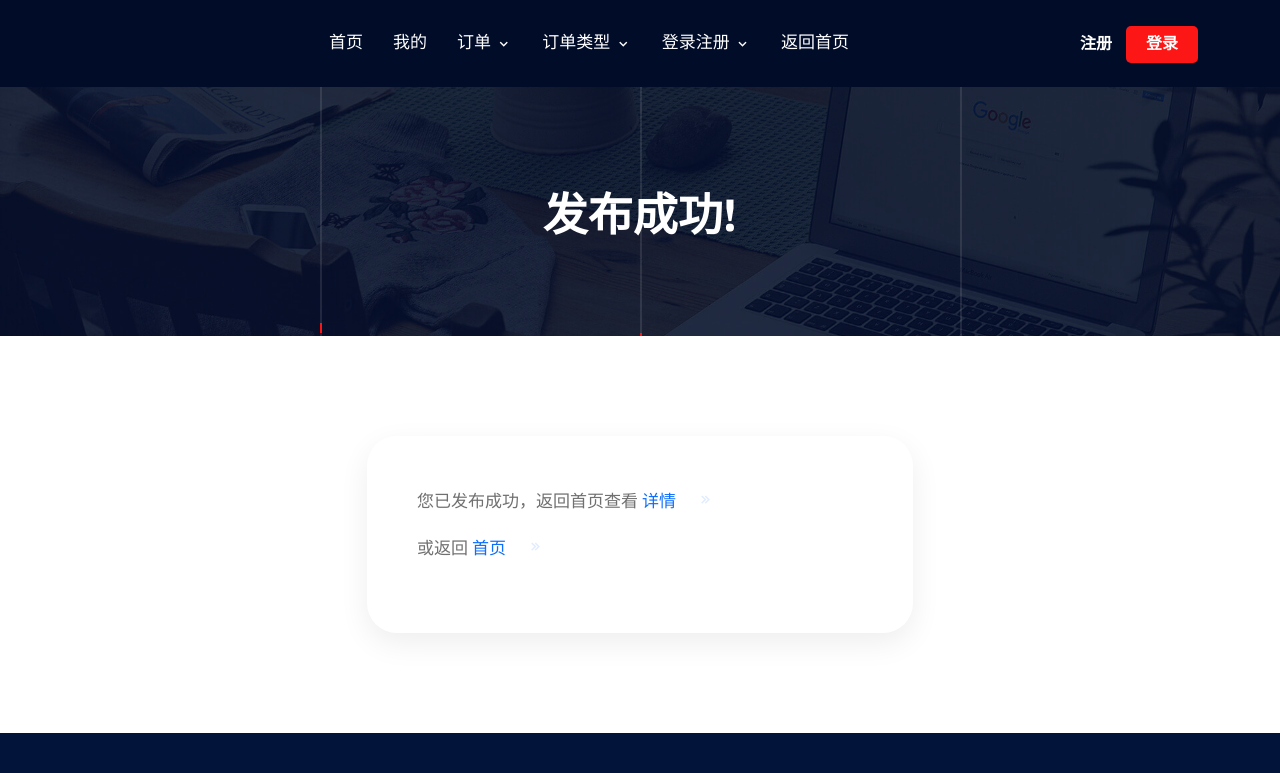
Repository: Aliceonly/Co-DecentralizedApplication
Page: html/create_succ.html
These files come from the project's save history. The page is drawn as it stood at one moment and after a run of saves; the edit follows.
The browser window is 1280 px wide. The pictures show the whole page.

Above is the page before, as saved 2022-04-27 19:14:02.

### html/create_succ.html
<!doctype html>
<html lang="zxx">

<head>

    <meta charset="utf-8">
    <meta name="viewport" content="width=device-width, initial-scale=1, shrink-to-fit=no">

    <link rel="stylesheet" href="../static/css/bootstrap.min.css">

    <link rel="stylesheet" href="../static/css/owl.carousel.min.css">

    <link rel="stylesheet" href="../static/css/owl.theme.default.min.css">

    <link rel="stylesheet" href="../static/css/boxicon.min.css">

    <link rel="stylesheet" href="../static/css/flaticon.css">

    <link rel="stylesheet" href="../static/css/magnific-popup.css">

    <link rel="stylesheet" href="../static/css/meanmenu.css">

    <link rel="stylesheet" href="../static/css/nice-select.css">

    <link rel="stylesheet" href="../static/css/style.css">

    <link rel="stylesheet" href="../static/css/responsive.css">

    <title>Jovie - Job Board & Portal HTML Template</title>

</head>

<body>

    <div class="loader-content">
        <div class="d-table">
            <div class="d-table-cell">
                <div class="sk-circle">
                    <div class="sk-circle1 sk-child"></div>
                    <div class="sk-circle2 sk-child"></div>
                    <div class="sk-circle3 sk-child"></div>
                    <div class="sk-circle4 sk-child"></div>
                    <div class="sk-circle5 sk-child"></div>
                    <div class="sk-circle6 sk-child"></div>
                    <div class="sk-circle7 sk-child"></div>
                    <div class="sk-circle8 sk-child"></div>
                    <div class="sk-circle9 sk-child"></div>
                    <div class="sk-circle10 sk-child"></div>
                    <div class="sk-circle11 sk-child"></div>
                    <div class="sk-circle12 sk-child"></div>
                </div>
            </div>
        </div>
    </div>


    <div class="navbar-area">

        <div class="mobile-nav">
            <a href="/" class="logo">
                <!-- <img src="static/picture/logo.png" alt="logo"> -->
            </a>
        </div>


        <div class="main-nav">
            <div class="container">
            <nav class="navbar navbar-expand-lg navbar-light">
            <a class="navbar-brand" href="/">
            <!-- <img src="static/picture/logo.png" alt="logo"> -->
            </a>
            <div class="collapse navbar-collapse mean-menu" id="navbarSupportedContent">
            <ul    class="navbar-nav m-auto">
                <!-- style="position: relative;left: -430px;"  -->
                <!-- 标记！！！！！！！！！！！！！！！！！！！！！！！！！！！ -->

            <li class="nav-item">
            <!-- <a href="#" class="nav-link dropdown-toggle active">Home</a> -->
            <li class="nav-item">
                <a href="/" class="nav-link">首页</a>
            </li>
            <li class="nav-item">
                <a href="personal_detail" class="nav-link">我的</a>
            </li>


            <li class="nav-item">
            <a href="#" class="nav-link dropdown-toggle">订单</a>
            <ul class="dropdown-menu">
            <li class="nav-item">
            <a href="/" class="nav-link">查看订单</a>
            </li>
            <li class="nav-item">
            <a href="post_job" class="nav-link">发布订单</a>
            </li>
            <li class="nav-item">
                <a href="all_order" class="nav-link">个人订单</a>
            </li>
            </ul>
            </li>
            <li class="nav-item">
            <a href="#" class="nav-link dropdown-toggle">订单类型</a>
            <ul class="dropdown-menu">
            <li class="nav-item">
            <a href="detail_campus" class="nav-link">校园兼职</a>
            </li>
            <li class="nav-item">
            <a href="detail_qukuilySend" class="nav-link">校园跑腿</a>
            </li>
            <li class="nav-item">
            <a href="detail_shared" class="nav-link">共享服务</a>
            </li>
            </ul>
            </li>

            <li class="nav-item">
            <a href="#" class="nav-link dropdown-toggle">登录注册</a>
            <ul class="dropdown-menu">
            <li class="nav-item">
            <a href="sign_in" class="nav-link">登录</a>
            </li>
            <li class="nav-item">
            <a href="sign_up" class="nav-link">注册</a>
            </li>
            <li class="nav-item">
            <!-- <a href="blog-details.html" class="nav-link">Blog Details</a> -->
            </li>
            </ul>
            </li>


            <li class="nav-item">
            <a href="/" class="nav-link">返回首页</a>
            </li>
            <!-- <li class="nav-item"> -->
            <!-- <a href="contact.html" class="nav-link">Contact Us</a> -->
            <!-- </li> -->
            </ul>


            <div class="other-option">
            <a href="sign_up" class="signup-btn">注册</a>
            <a href="sign_in" class="signin-btn">登录</a>
            </div>
            </div>
            </nav>
            </div>
            </div>
            </div>

    <section style="padding-bottom: 30px;" class="page-title title-bg12">
        <div style="position: relative;top: -50px;" class="d-table">
            <div class="d-table-cell">
                <h2>发布成功!</h2>
            </div>
        </div>
        <div   class="lines">
            <div class="line"></div>
            <div class="line"></div>
            <div class="line"></div>
        </div>
    </section>


    <div class="signin-section ptb-100">
        <div class="container">
            <div class="row">
                <div class="col-lg-6 col-md-8 offset-md-2 offset-lg-3">
                    <form action="#" method="POST" class="signin-form">
                        <div class="form-group">
                            <p>您已发布成功，返回首页查看
                                <a href="/">
                                    详情
                                    <i class='bx bx-chevrons-right bx-fade-right'></i>
                                </a>
                               </p>
                               <p>
                                或返回
                                <a href="/">
                                    首页
                                    <i class='bx bx-chevrons-right bx-fade-right'></i>
                                </a>
                               </p>

                        </div>

                    </form>
                </div>
            </div>
        </div>
    </div>




    <div class="copyright-text text-center">
        <!-- <p>Copyright &copy; 2022.Company name All rights reserved.<a target="_blank" href="https://sc.chinaz.com/moban/">&#x7F51;&#x9875;&#x6A21;&#x677F;</a></p> -->
    </div>


    <div class="top-btn">
        <i class='bx bx-chevrons-up bx-fade-up'></i>
    </div>


    <script data-cfasync="false" src="../static/js/email-decode.min.js"></script>
    <script src="../static/js/jquery.min.js"></script>
    <script src="../static/js/bootstrap.bundle.min.js"></script>

    <script src="../static/js/owl.carousel.min.js"></script>

    <script src="../static/js/jquery.nice-select.min.js"></script>

    <script src="../static/js/jquery.magnific-popup.min.js"></script>

    <script src="../static/js/jquery.ajaxchimp.min.js"></script>

    <script src="../static/js/form-validator.min.js"></script>

    <script src="../static/js/contact-form-script.js"></script>

    <script src="../static/js/meanmenu.js"></script>

    <script src="../static/js/custom.js"></script>
</body>

</html>

### static/css/flaticon.css
@font-face{font-family:flaticon;src:url(../font/Flaticon.eot);src:url(../font/Flaticon.eot) format("embedded-opentype"),url(../font/Flaticon.woff2) format("woff2"),url(../font/Flaticon.woff) format("woff"),url(https://templates.hibootstrap.com/jovie/default/assets/fonts/flaticon/Flaticon.ttf) format("truetype"),url(https://templates.hibootstrap.com/jovie/default/assets/fonts/flaticon/Flaticon.svg) format("svg");font-weight:400;font-style:normal}@media screen and (-webkit-min-device-pixel-ratio:0){@font-face{font-family:flaticon;src:url(https://templates.hibootstrap.com/jovie/default/assets/fonts/flaticon/Flaticon.svg) format("svg")}}[class^=flaticon-]:before,[class*=" flaticon-"]:before,[class^=flaticon-]:after,[class*=" flaticon-"]:after{font-family:Flaticon;font-style:normal}.flaticon-accounting:before{content:"\f100"}.flaticon-graduation-cap:before{content:"\f101"}.flaticon-wrench-and-screwdriver-in-cross:before{content:"\f102"}.flaticon-consultation:before{content:"\f103"}.flaticon-heart:before{content:"\f104"}.flaticon-computer:before{content:"\f105"}.flaticon-worker:before{content:"\f106"}.flaticon-auction:before{content:"\f107"}.flaticon-website:before{content:"\f108"}.flaticon-recruitment:before{content:"\f109"}.flaticon-login:before{content:"\f10a"}.flaticon-group:before{content:"\f10b"}.flaticon-discussion:before{content:"\f10c"}.flaticon-research:before{content:"\f10d"}.flaticon-user:before{content:"\f10e"}.flaticon-left-quotes-sign:before{content:"\f10f"}.flaticon-resume:before{content:"\f110"}.flaticon-employee:before{content:"\f111"}.flaticon-portfolio:before{content:"\f112"}.flaticon-results:before{content:"\f113"}.flaticon-computer-1:before{content:"\f114"}

### static/js/contact-form-script.js
!function(e){"use strict";function a(){e("#contactForm").removeClass().addClass("shake animated").one("webkitAnimationEnd mozAnimationEnd MSAnimationEnd oanimationend animationend",function(){e(this).removeClass()})}function t(a,t){if(a)var n="h4 tada animated text-success";else n="h4 text-danger";e("#msgSubmit").removeClass().addClass(n).text(t)}e("#contactForm").validator().on("submit",function(n){var s,i,o,m,r;n.isDefaultPrevented()?(a(),t(!1,"Did you fill in the form properly?")):(n.preventDefault(),s=e("#name").val(),i=e("#email").val(),o=e("#msg_subject").val(),m=e("#phone_number").val(),r=e("#message").val(),e.ajax({type:"POST",url:"assets/php/form-process.php",data:"name="+s+"&email="+i+"&msg_subject="+o+"&phone_number="+m+"&message="+r,success:function(n){"success"==n?(e("#contactForm")[0].reset(),t(!0,"Message Submitted!")):(a(),t(!1,n))}}))})}(jQuery);

### static/js/custom.js
jQuery(function($){'use strict';jQuery('.mean-menu').meanmenu({meanScreenWidth:"991"});$(window).on('scroll',function(){if($(this).scrollTop()>150){$('.navbar-area').addClass("is-sticky");}
else{$('.navbar-area').removeClass("is-sticky");}});$('.condidate-slider').owlCarousel({loop:true,margin:30,nav:false,smartSpeed:1500,dots:true,responsive:{0:{items:1},600:{items:2},992:{items:3},1200:{items:4}}})
$('.testimonial-slider').owlCarousel({loop:true,margin:30,nav:true,dots:false,items:1,smartSpeed:2500,autoplay:false,autoplayTimeout:4000,navText:["<i class='bx bx-chevrons-left'></i>","<i class='bx bx-chevrons-right bx-tada'></i>"]})
$('select').niceSelect();$('.testimonial-slider-two').owlCarousel({loop:true,margin:30,nav:true,dots:false,smartSpeed:2500,autoplay:false,autoplayTimeout:4000,navText:["<i class='bx bx-chevrons-left bx-tada'></i>","<i class='bx bx-chevrons-right bx-tada'></i>"],responsive:{0:{items:1},768:{items:2}}})
$('.popup-youtube').magnificPopup({disableOn:320,type:'iframe',mainClass:'mfp-fade',removalDelay:160,preloader:false,fixedContentPos:false});$(".newsletter-form").validator().on("submit",function(event){if(event.isDefaultPrevented()){formErrorSub();submitMSGSub(false,"Please enter your email correctly.");}else{event.preventDefault();}});function callbackFunction(resp){if(resp.result==="success"){formSuccessSub();}
else{formErrorSub();}}
function formSuccessSub(){$(".newsletter-form")[0].reset();submitMSGSub(true,"Thank you for subscribing!");setTimeout(function(){$("#validator-newsletter").addClass('hide');},4000)}
function formErrorSub(){$(".newsletter-form").addClass("animated shake");setTimeout(function(){$(".newsletter-form").removeClass("animated shake");},1000)}
function submitMSGSub(valid,msg){if(valid){var msgClasses="validation-success";}else{var msgClasses="validation-danger";}
$("#validator-newsletter").removeClass().addClass(msgClasses).text(msg);}
$(".newsletter-form").ajaxChimp({url:"https://envytheme.us20.list-manage.com/subscribe/post?u=60e1ffe2e8a68ce1204cd39a5&amp;id=42d6d188d9",callback:callbackFunction});$(".accordion-title").click(function(e){var accordionitem=$(this).attr("data-tab");$("#"+accordionitem).slideToggle().parent().siblings().find(".accordion-content").slideUp();$(this).toggleClass("active-title");$("#"+accordionitem).parent().siblings().find(".accordion-title").removeClass("active-title");});$(window).scroll(function(){if($(this).scrollTop()!=0){$('.top-btn').addClass('active');}
else{$('.top-btn').removeClass('active');}});$('.top-btn').on('click',function(){$("html, body").animate({scrollTop:0},2500);return false;});$(window).on('load',function(){$(".loader-content").fadeOut(200);})}(jQuery));

### static/css/css.css
/* tamil */
@font-face {
  font-family: 'Catamaran';
  font-style: normal;
  font-weight: 400;
  font-display: swap;
  src: url(../font/o-0IIpQoyXQa2RxT7-5r8zRAW_0.woff2) format('woff2');
  unicode-range: U+0964-0965, U+0B82-0BFA, U+200C-200D, U+20B9, U+25CC;
}
/* latin-ext */
@font-face {
  font-family: 'Catamaran';
  font-style: normal;
  font-weight: 400;
  font-display: swap;
  src: url(../font/o-0IIpQoyXQa2RxT7-5r6zRAW_0.woff2) format('woff2');
  unicode-range: U+0100-024F, U+0259, U+1E00-1EFF, U+2020, U+20A0-20AB, U+20AD-20CF, U+2113, U+2C60-2C7F, U+A720-A7FF;
}
/* latin */
@font-face {
  font-family: 'Catamaran';
  font-style: normal;
  font-weight: 400;
  font-display: swap;
  src: url(../font/o-0IIpQoyXQa2RxT7-5r5TRA.woff2) format('woff2');
  unicode-range: U+0000-00FF, U+0131, U+0152-0153, U+02BB-02BC, U+02C6, U+02DA, U+02DC, U+2000-206F, U+2074, U+20AC, U+2122, U+2191, U+2193, U+2212, U+2215, U+FEFF, U+FFFD;
}
/* tamil */
@font-face {
  font-family: 'Catamaran';
  font-style: normal;
  font-weight: 600;
  font-display: swap;
  src: url(../font/o-0IIpQoyXQa2RxT7-5r8zRAW_0.woff2) format('woff2');
  unicode-range: U+0964-0965, U+0B82-0BFA, U+200C-200D, U+20B9, U+25CC;
}
/* latin-ext */
@font-face {
  font-family: 'Catamaran';
  font-style: normal;
  font-weight: 600;
  font-display: swap;
  src: url(../font/o-0IIpQoyXQa2RxT7-5r6zRAW_0.woff2) format('woff2');
  unicode-range: U+0100-024F, U+0259, U+1E00-1EFF, U+2020, U+20A0-20AB, U+20AD-20CF, U+2113, U+2C60-2C7F, U+A720-A7FF;
}
/* latin */
@font-face {
  font-family: 'Catamaran';
  font-style: normal;
  font-weight: 600;
  font-display: swap;
  src: url(../font/o-0IIpQoyXQa2RxT7-5r5TRA.woff2) format('woff2');
  unicode-range: U+0000-00FF, U+0131, U+0152-0153, U+02BB-02BC, U+02C6, U+02DA, U+02DC, U+2000-206F, U+2074, U+20AC, U+2122, U+2191, U+2193, U+2212, U+2215, U+FEFF, U+FFFD;
}
/* cyrillic-ext */
@font-face {
  font-family: 'IBM Plex Sans';
  font-style: italic;
  font-weight: 500;
  font-display: swap;
  src: url(../font/zYX7KVElMYYaJe8bpLHnCwDKhdTm5IVce_fuNmo.woff2) format('woff2');
  unicode-range: U+0460-052F, U+1C80-1C88, U+20B4, U+2DE0-2DFF, U+A640-A69F, U+FE2E-FE2F;
}
/* cyrillic */
@font-face {
  font-family: 'IBM Plex Sans';
  font-style: italic;
  font-weight: 500;
  font-display: swap;
  src: url(../font/zYX7KVElMYYaJe8bpLHnCwDKhdTm5IVccvfuNmo.woff2) format('woff2');
  unicode-range: U+0400-045F, U+0490-0491, U+04B0-04B1, U+2116;
}
/* greek */
@font-face {
  font-family: 'IBM Plex Sans';
  font-style: italic;
  font-weight: 500;
  font-display: swap;
  src: url(../font/zYX7KVElMYYaJe8bpLHnCwDKhdTm5IVcdffuNmo.woff2) format('woff2');
  unicode-range: U+0370-03FF;
}
/* vietnamese */
@font-face {
  font-family: 'IBM Plex Sans';
  font-style: italic;
  font-weight: 500;
  font-display: swap;
  src: url(../font/zYX7KVElMYYaJe8bpLHnCwDKhdTm5IVceffuNmo.woff2) format('woff2');
  unicode-range: U+0102-0103, U+0110-0111, U+0128-0129, U+0168-0169, U+01A0-01A1, U+01AF-01B0, U+1EA0-1EF9, U+20AB;
}
/* latin-ext */
@font-face {
  font-family: 'IBM Plex Sans';
  font-style: italic;
  font-weight: 500;
  font-display: swap;
  src: url(../font/zYX7KVElMYYaJe8bpLHnCwDKhdTm5IVcePfuNmo.woff2) format('woff2');
  unicode-range: U+0100-024F, U+0259, U+1E00-1EFF, U+2020, U+20A0-20AB, U+20AD-20CF, U+2113, U+2C60-2C7F, U+A720-A7FF;
}
/* latin */
@font-face {
  font-family: 'IBM Plex Sans';
  font-style: italic;
  font-weight: 500;
  font-display: swap;
  src: url(../font/zYX7KVElMYYaJe8bpLHnCwDKhdTm5IVcdvfu.woff2) format('woff2');
  unicode-range: U+0000-00FF, U+0131, U+0152-0153, U+02BB-02BC, U+02C6, U+02DA, U+02DC, U+2000-206F, U+2074, U+20AC, U+2122, U+2191, U+2193, U+2212, U+2215, U+FEFF, U+FFFD;
}
/* cyrillic-ext */
@font-face {
  font-family: 'IBM Plex Sans';
  font-style: normal;
  font-weight: 400;
  font-display: swap;
  src: url(../font/zYXgKVElMYYaJe8bpLHnCwDKhdzeFb5N.woff2) format('woff2');
  unicode-range: U+0460-052F, U+1C80-1C88, U+20B4, U+2DE0-2DFF, U+A640-A69F, U+FE2E-FE2F;
}
/* cyrillic */
@font-face {
  font-family: 'IBM Plex Sans';
  font-style: normal;
  font-weight: 400;
  font-display: swap;
  src: url(../font/zYXgKVElMYYaJe8bpLHnCwDKhdXeFb5N.woff2) format('woff2');
  unicode-range: U+0400-045F, U+0490-0491, U+04B0-04B1, U+2116;
}
/* greek */
@font-face {
  font-family: 'IBM Plex Sans';
  font-style: normal;
  font-weight: 400;
  font-display: swap;
  src: url(../font/zYXgKVElMYYaJe8bpLHnCwDKhdLeFb5N.woff2) format('woff2');
  unicode-range: U+0370-03FF;
}
/* vietnamese */
@font-face {
  font-family: 'IBM Plex Sans';
  font-style: normal;
  font-weight: 400;
  font-display: swap;
  src: url(../font/zYXgKVElMYYaJe8bpLHnCwDKhd7eFb5N.woff2) format('woff2');
  unicode-range: U+0102-0103, U+0110-0111, U+0128-0129, U+0168-0169, U+01A0-01A1, U+01AF-01B0, U+1EA0-1EF9, U+20AB;
}
/* latin-ext */
@font-face {
  font-family: 'IBM Plex Sans';
  font-style: normal;
  font-weight: 400;
  font-display: swap;
  src: url(../font/zYXgKVElMYYaJe8bpLHnCwDKhd_eFb5N.woff2) format('woff2');
  unicode-range: U+0100-024F, U+0259, U+1E00-1EFF, U+2020, U+20A0-20AB, U+20AD-20CF, U+2113, U+2C60-2C7F, U+A720-A7FF;
}
/* latin */
@font-face {
  font-family: 'IBM Plex Sans';
  font-style: normal;
  font-weight: 400;
  font-display: swap;
  src: url(../font/zYXgKVElMYYaJe8bpLHnCwDKhdHeFQ.woff2) format('woff2');
  unicode-range: U+0000-00FF, U+0131, U+0152-0153, U+02BB-02BC, U+02C6, U+02DA, U+02DC, U+2000-206F, U+2074, U+20AC, U+2122, U+2191, U+2193, U+2212, U+2215, U+FEFF, U+FFFD;
}
/* cyrillic-ext */
@font-face {
  font-family: 'IBM Plex Sans';
  font-style: normal;
  font-weight: 500;
  font-display: swap;
  src: url(../font/zYX9KVElMYYaJe8bpLHnCwDKjSL9AIxsdO_q.woff2) format('woff2');
  unicode-range: U+0460-052F, U+1C80-1C88, U+20B4, U+2DE0-2DFF, U+A640-A69F, U+FE2E-FE2F;
}
/* cyrillic */
@font-face {
  font-family: 'IBM Plex Sans';
  font-style: normal;
  font-weight: 500;
  font-display: swap;
  src: url(../font/zYX9KVElMYYaJe8bpLHnCwDKjSL9AIVsdO_q.woff2) format('woff2');
  unicode-range: U+0400-045F, U+0490-0491, U+04B0-04B1, U+2116;
}
/* greek */
@font-face {
  font-family: 'IBM Plex Sans';
  font-style: normal;
  font-weight: 500;
  font-display: swap;
  src: url(../font/zYX9KVElMYYaJe8bpLHnCwDKjSL9AIJsdO_q.woff2) format('woff2');
  unicode-range: U+0370-03FF;
}
/* vietnamese */
@font-face {
  font-family: 'IBM Plex Sans';
  font-style: normal;
  font-weight: 500;
  font-display: swap;
  src: url(../font/zYX9KVElMYYaJe8bpLHnCwDKjSL9AI5sdO_q.woff2) format('woff2');
  unicode-range: U+0102-0103, U+0110-0111, U+0128-0129, U+0168-0169, U+01A0-01A1, U+01AF-01B0, U+1EA0-1EF9, U+20AB;
}
/* latin-ext */
@font-face {
  font-family: 'IBM Plex Sans';
  font-style: normal;
  font-weight: 500;
  font-display: swap;
  src: url(../font/zYX9KVElMYYaJe8bpLHnCwDKjSL9AI9sdO_q.woff2) format('woff2');
  unicode-range: U+0100-024F, U+0259, U+1E00-1EFF, U+2020, U+20A0-20AB, U+20AD-20CF, U+2113, U+2C60-2C7F, U+A720-A7FF;
}
/* latin */
@font-face {
  font-family: 'IBM Plex Sans';
  font-style: normal;
  font-weight: 500;
  font-display: swap;
  src: url(../font/zYX9KVElMYYaJe8bpLHnCwDKjSL9AIFsdA.woff2) format('woff2');
  unicode-range: U+0000-00FF, U+0131, U+0152-0153, U+02BB-02BC, U+02C6, U+02DA, U+02DC, U+2000-206F, U+2074, U+20AC, U+2122, U+2191, U+2193, U+2212, U+2215, U+FEFF, U+FFFD;
}
/* cyrillic-ext */
@font-face {
  font-family: 'IBM Plex Sans';
  font-style: normal;
  font-weight: 600;
  font-display: swap;
  src: url(../font/zYX9KVElMYYaJe8bpLHnCwDKjQ76AIxsdO_q.woff2) format('woff2');
  unicode-range: U+0460-052F, U+1C80-1C88, U+20B4, U+2DE0-2DFF, U+A640-A69F, U+FE2E-FE2F;
}
/* cyrillic */
@font-face {
  font-family: 'IBM Plex Sans';
  font-style: normal;
  font-weight: 600;
  font-display: swap;
  src: url(../font/zYX9KVElMYYaJe8bpLHnCwDKjQ76AIVsdO_q.woff2) format('woff2');
  unicode-range: U+0400-045F, U+0490-0491, U+04B0-04B1, U+2116;
}
/* greek */
@font-face {
  font-family: 'IBM Plex Sans';
  font-style: normal;
  font-weight: 600;
  font-display: swap;
  src: url(../font/zYX9KVElMYYaJe8bpLHnCwDKjQ76AIJsdO_q.woff2) format('woff2');
  unicode-range: U+0370-03FF;
}
/* vietnamese */
@font-face {
  font-family: 'IBM Plex Sans';
  font-style: normal;
  font-weight: 600;
  font-display: swap;
  src: url(../font/zYX9KVElMYYaJe8bpLHnCwDKjQ76AI5sdO_q.woff2) format('woff2');
  unicode-range: U+0102-0103, U+0110-0111, U+0128-0129, U+0168-0169, U+01A0-01A1, U+01AF-01B0, U+1EA0-1EF9, U+20AB;
}
/* latin-ext */
@font-face {
  font-family: 'IBM Plex Sans';
  font-style: normal;
  font-weight: 600;
  font-display: swap;
  src: url(../font/zYX9KVElMYYaJe8bpLHnCwDKjQ76AI9sdO_q.woff2) format('woff2');
  unicode-range: U+0100-024F, U+0259, U+1E00-1EFF, U+2020, U+20A0-20AB, U+20AD-20CF, U+2113, U+2C60-2C7F, U+A720-A7FF;
}
/* latin */
@font-face {
  font-family: 'IBM Plex Sans';
  font-style: normal;
  font-weight: 600;
  font-display: swap;
  src: url(../font/zYX9KVElMYYaJe8bpLHnCwDKjQ76AIFsdA.woff2) format('woff2');
  unicode-range: U+0000-00FF, U+0131, U+0152-0153, U+02BB-02BC, U+02C6, U+02DA, U+02DC, U+2000-206F, U+2074, U+20AC, U+2122, U+2191, U+2193, U+2212, U+2215, U+FEFF, U+FFFD;
}
/* cyrillic-ext */
@font-face {
  font-family: 'IBM Plex Sans';
  font-style: normal;
  font-weight: 700;
  font-display: swap;
  src: url(../font/zYX9KVElMYYaJe8bpLHnCwDKjWr7AIxsdO_q.woff2) format('woff2');
  unicode-range: U+0460-052F, U+1C80-1C88, U+20B4, U+2DE0-2DFF, U+A640-A69F, U+FE2E-FE2F;
}
/* cyrillic */
@font-face {
  font-family: 'IBM Plex Sans';
  font-style: normal;
  font-weight: 700;
  font-display: swap;
  src: url(../font/zYX9KVElMYYaJe8bpLHnCwDKjWr7AIVsdO_q.woff2) format('woff2');
  unicode-range: U+0400-045F, U+0490-0491, U+04B0-04B1, U+2116;
}
/* greek */
@font-face {
  font-family: 'IBM Plex Sans';
  font-style: normal;
  font-weight: 700;
  font-display: swap;
  src: url(../font/zYX9KVElMYYaJe8bpLHnCwDKjWr7AIJsdO_q.woff2) format('woff2');
  unicode-range: U+0370-03FF;
}
/* vietnamese */
@font-face {
  font-family: 'IBM Plex Sans';
  font-style: normal;
  font-weight: 700;
  font-display: swap;
  src: url(../font/zYX9KVElMYYaJe8bpLHnCwDKjWr7AI5sdO_q.woff2) format('woff2');
  unicode-range: U+0102-0103, U+0110-0111, U+0128-0129, U+0168-0169, U+01A0-01A1, U+01AF-01B0, U+1EA0-1EF9, U+20AB;
}
/* latin-ext */
@font-face {
  font-family: 'IBM Plex Sans';
  font-style: normal;
  font-weight: 700;
  font-display: swap;
  src: url(../font/zYX9KVElMYYaJe8bpLHnCwDKjWr7AI9sdO_q.woff2) format('woff2');
  unicode-range: U+0100-024F, U+0259, U+1E00-1EFF, U+2020, U+20A0-20AB, U+20AD-20CF, U+2113, U+2C60-2C7F, U+A720-A7FF;
}
/* latin */
@font-face {
  font-family: 'IBM Plex Sans';
  font-style: normal;
  font-weight: 700;
  font-display: swap;
  src: url(../font/zYX9KVElMYYaJe8bpLHnCwDKjWr7AIFsdA.woff2) format('woff2');
  unicode-range: U+0000-00FF, U+0131, U+0152-0153, U+02BB-02BC, U+02C6, U+02DA, U+02DC, U+2000-206F, U+2074, U+20AC, U+2122, U+2191, U+2193, U+2212, U+2215, U+FEFF, U+FFFD;
}

Loaded but not shown: static/css/bootstrap.min.css (library); static/css/owl.carousel.min.css (library); static/css/owl.theme.default.min.css (common file); static/css/boxicon.min.css (library); static/css/magnific-popup.css (library); static/css/meanmenu.css (library); static/css/nice-select.css (common file); static/css/style.css (library); static/css/responsive.css (library); static/js/email-decode.min.js (common file); static/js/jquery.min.js (library); static/js/bootstrap.bundle.min.js (library); static/js/owl.carousel.min.js (library); static/js/jquery.nice-select.min.js (common file); static/js/jquery.magnific-popup.min.js (library); static/js/jquery.ajaxchimp.min.js (common file); static/js/form-validator.min.js (library); static/js/meanmenu.js (library)

After the next 3 saves:
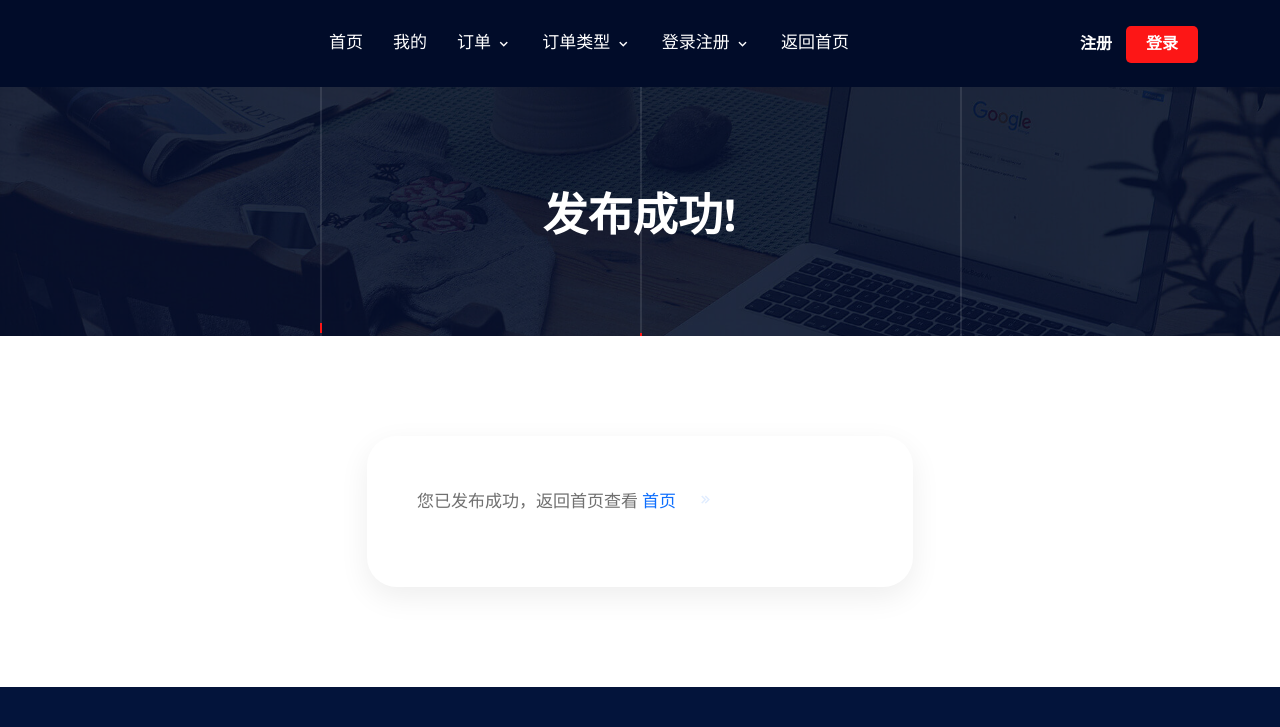
The 3 saves are shown as one change because they came seconds apart.
The last was saved 26 s later.
--- a/html/create_succ.html
+++ b/html/create_succ.html
@@ -170,17 +170,17 @@
                         <div class="form-group">
                             <p>您已发布成功，返回首页查看
                                 <a href="/">
-                                    详情
+                                    首页
                                     <i class='bx bx-chevrons-right bx-fade-right'></i>
                                 </a>
                                </p>
-                               <p>
+                               <!-- <p>
                                 或返回
                                 <a href="/">
                                     首页
                                     <i class='bx bx-chevrons-right bx-fade-right'></i>
                                 </a>
-                               </p>
+                               </p> -->
 
                         </div>
 
